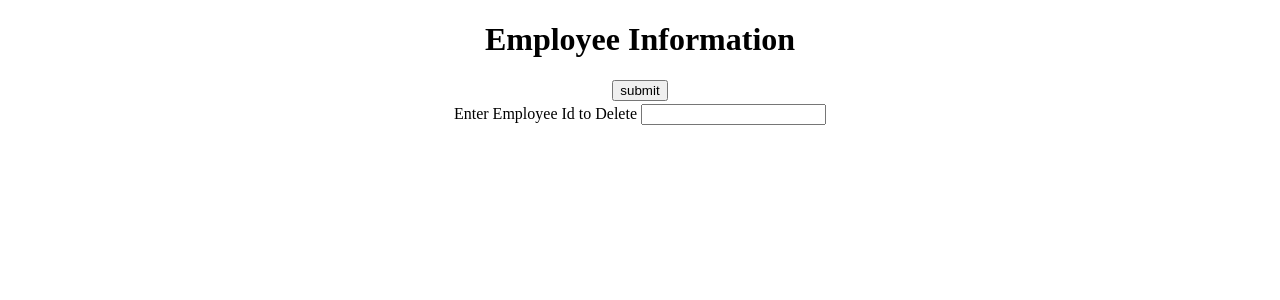
Repository: mounikagunda/corejavaproject
Page: project2/WebContent/delete.html
An editor plug-in stored every save of this project. The page is shown before and after the next save, followed by the edit.
The browser window is 1280 px wide. The pictures show the whole page.

Above is the page before, as saved 2016-12-16 04:37:03.

After the next save:
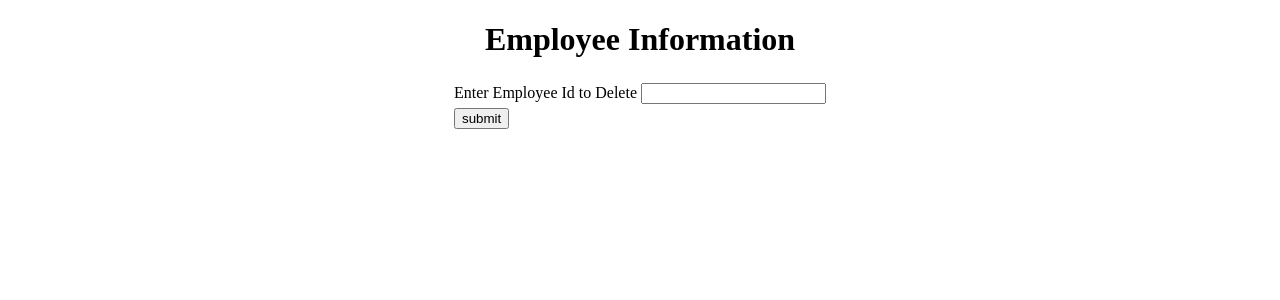
Saved 72 s later.
--- a/project2/WebContent/delete.html
+++ b/project2/WebContent/delete.html
@@ -11,9 +11,11 @@
 <table align="center">
 <tr>
 <td>Enter Employee Id to Delete</td>
-<td><input type="text"name="eid"></td>
+<td> <input type="text"name="eid"></td>
 </tr>
-<tr><input type="submit" value="submit">
+<tr>
+<td><input type="submit" value="submit">
+</td>
 </tr>
 </table>
 </form>
